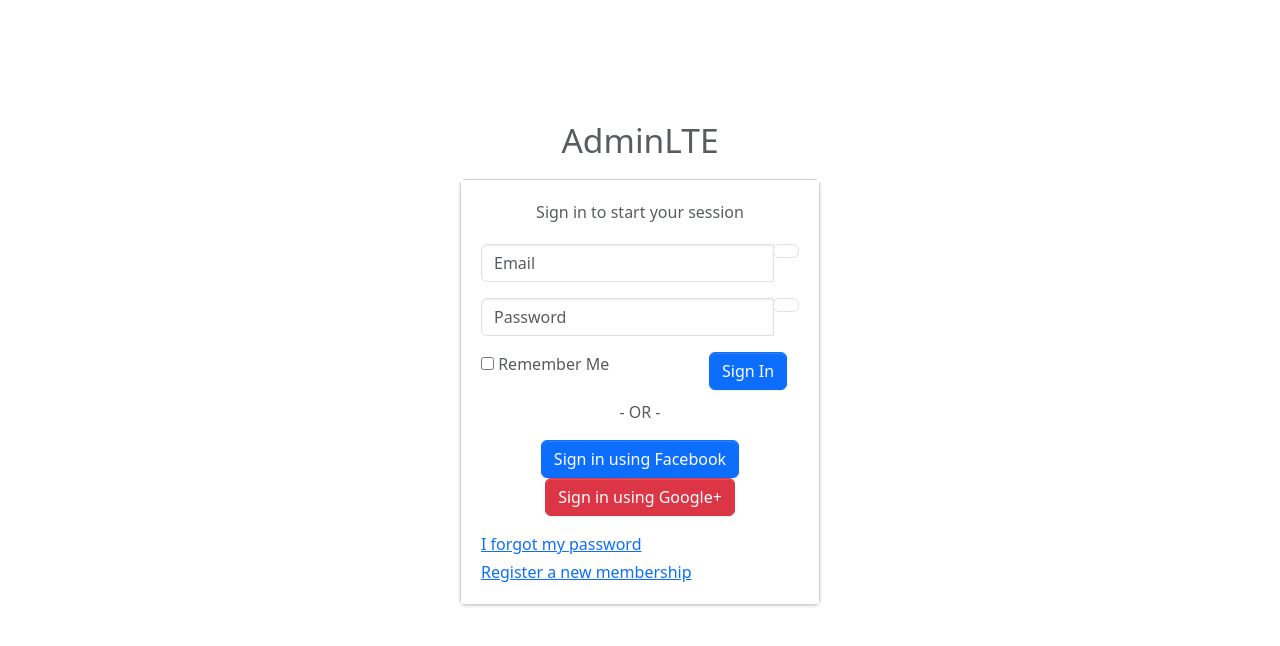
Repository: mufti-1448/Kasir-Toko-Kita-Web
Page: http://localhost/
The author's editor kept a copy of each file at every save. The page is drawn from the files as they stood at one save, then again after a run of saves.
The browser window is 1280 px wide. The pictures show the whole page.
Some web fonts or font styles are not loaded; a fallback is used. The page is served by the project's Laravel application, run on PHP 8.4 with Laravel 12. Style sheets and scripts are compiled from the project's sources, by tool versions that may differ from the author's.

Above is the page before, as saved 2026-02-03 10:02:03.

After the next 4 saves:
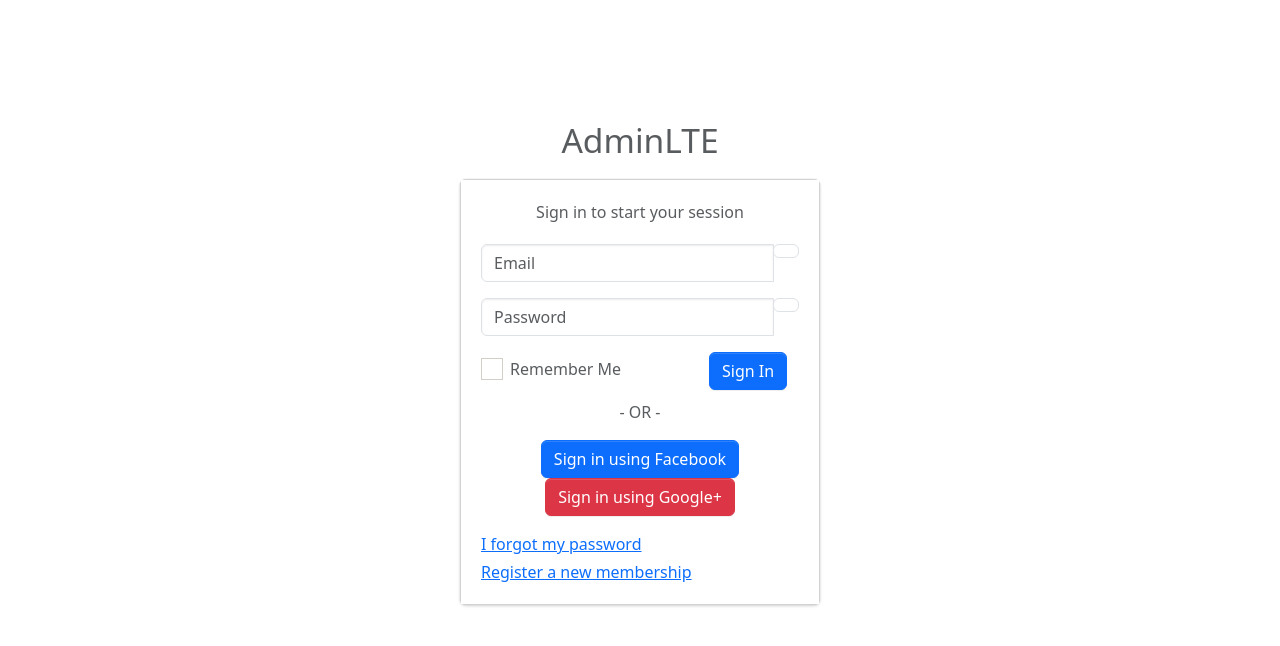
The 4 saves are shown as one change because they came seconds apart.
The last was saved 12 s later.
--- a/resources/views/login/login.blade.php
+++ b/resources/views/login/login.blade.php
@@ -13,9 +13,9 @@
     <!-- Ionicons -->
     <link rel="stylesheet" href="https://code.ionicframework.com/ionicons/2.0.1/css/ionicons.min.css">
     <!-- icheck bootstrap -->
-    <link rel="stylesheet" href="../../plugins/icheck-bootstrap/icheck-bootstrap.min.css">
+    <link rel="stylesheet" href="public/AdminLTE/plugins/icheck-bootstrap/icheck-bootstrap.min.css">
     <!-- Theme style -->
-    <link rel="stylesheet" href="../../dist/css/adminlte.min.css">
+    <link rel="stylesheet" href="public/AdminLTE/dist/css/adminlte.min.css">
     <!-- Google Font: Source Sans Pro -->
     <link href="https://fonts.googleapis.com/css?family=Source+Sans+Pro:300,400,400i,700" rel="stylesheet">
 </head>
